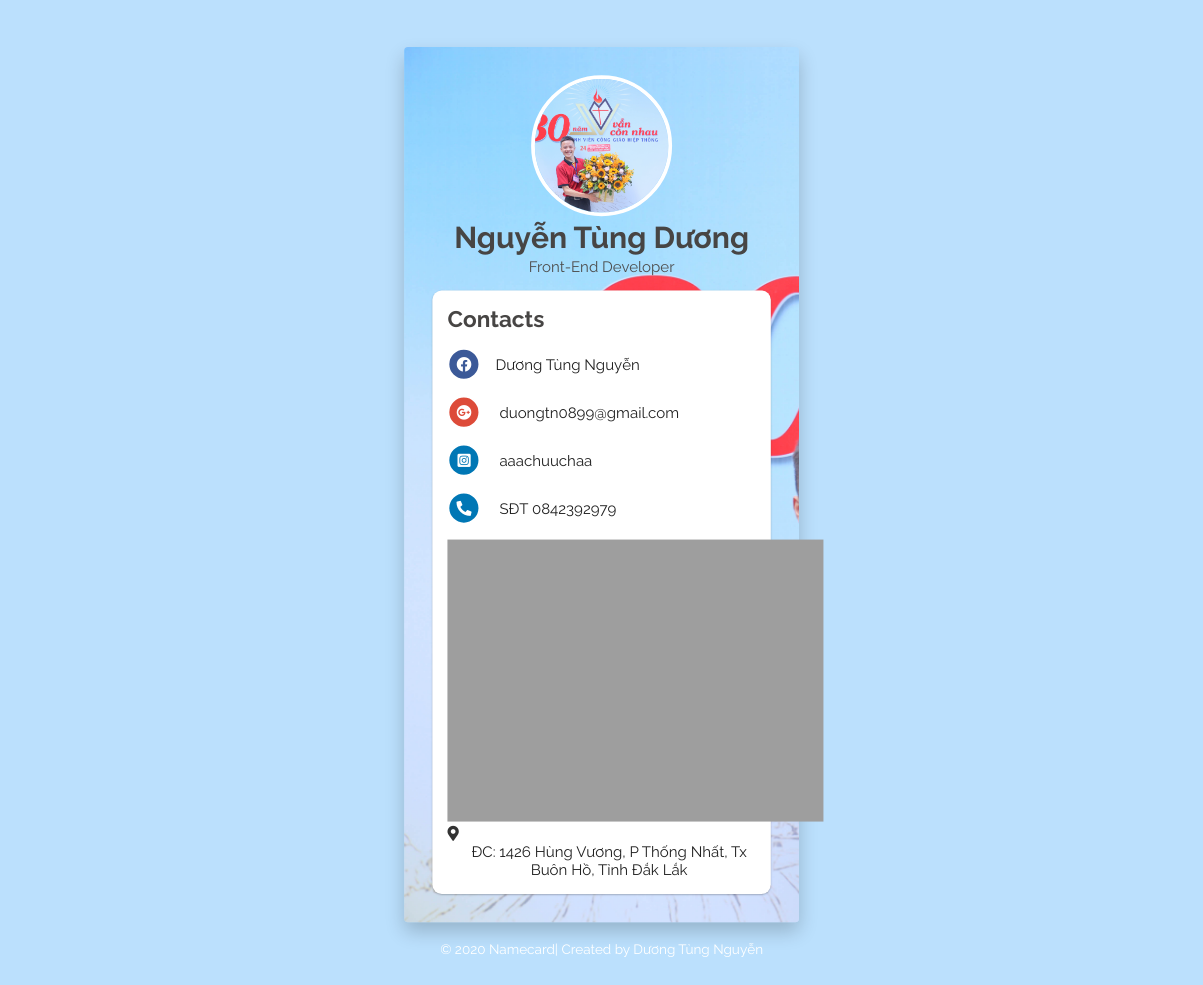
Repository: DuongTungNguyen0899/Card_Duong.github.io
Page: index.html
An editor plug-in stored every save of this project. The page is shown before and after the next save, followed by the edit.
The browser window is 1280 px wide. The pictures show the whole page, at 94% of full size.
Pictures or frames that could not be fetched are drawn as grey boxes.

Above is the page before, as saved 2021-06-27 18:59:21.

### index.html
<!DOCTYPE HTML>
<html>
<head>
<title>Shaded Profile Widget Flat Responsive Widget Template :: w3layouts</title>
<!-- Custom Theme files -->
<link href="css/style.css" rel="stylesheet" type="text/css" media="all"/>
<!-- for-mobile-apps -->
<meta http-equiv="Content-Type" content="text/html; charset=utf-8" />
<meta name="viewport" content="width=device-width, initial-scale=1, maximum-scale=1">
<meta http-equiv="Content-Type" content="text/html; charset=utf-8" />
<!-- //for-mobile-apps -->
<!-- font-awesome icons -->
<link href="css/fontawesome-free-5.15.3-web/css/fontawesome.css" rel="stylesheet">
<link rel="stylesheet" href="css/fontawesome-free-5.15.3-web/css/all.min.css">
<!-- //font-awesome icons -->
<!--Google Fonts-->
<link href="https://fonts.googleapis.com/css2?family=Raleway:wght@400;500;600;700&display=swap" rel="stylesheet">
</head>
<body>
<!--profile start here-->

<div class="profile">
	<div class="wrap">
		<div class="profile-main">
			<div class="profile-pic wthree">
				<img src="img/IMG_7157.JPG" alt="">
				<h2>Nguyễn Tùng Dương</h2>
				<p>Front-End Developer</p>
			</div>
			<!-- <div class="w3-message">
				<h5>About Me</h5>
				<p>Chào bạn ! Chúng mình là ADC Studio.Liên hệ cho chúng mình nhé ^_^</p>
			</div> -->
			<div class="w3ls-touch">
				<h5>Contacts</h5>
				<div class="social">
					<ul>
						<li><a href="https://www.facebook.com/DuongTung.td/"> <i class="fab fa-facebook" aria-hidden="true"></i><p>Dương Tùng Nguyễn</p></a></li>
						<!-- <li><a href="#"><i class="fa fa-twitter" aria-hidden="true"></i> <p>Connected To Twitter</p></a></li> -->
						<!-- <li><a href="#"><i class="fa fa-linkedin" aria-hidden="true"></i> <p>Connected To Linkedin</p></a></li> -->
                        <li><a href="duongtn0899@gmail.com"><i class="fab fa-google-plus" aria-hidden="true"></i> <p>duongtn0899@gmail.com</p></a></li>
                        <!-- <li><a href="#"> <img src="/img/iconfinder_7044033_zalo_icon_512px.png" class="fab fa-zalo" alt=""> <p>Connected To Zalo</p></a></li> -->
						<li><a href="https://www.instagram.com/aaachuuchaa/"><i class="fab fa-instagram-square"></i> <p>aaachuuchaa</p></a></li>
						<li><a href="tel: 0842392979"><i class="fas fa-phone-alt "></i> <p>SĐT 0842392979</p></a></li>
						<li><a href="" ><iframe src="https://www.google.com/maps/embed?pb=!1m18!1m12!1m3!1d3889.9181489788043!2d108.25119941445594!3d12.84856302104343!2m3!1f0!2f0!3f0!3m2!1i1024!2i768!4f13.1!3m3!1m2!1s0x3171e2dbb98475fb%3A0x9c97d046349da663!2zMTQyNiBIw7luZyBWxrDGoW5nLCBUaOG7kW5nIE5o4bqldCwgQnXDtG4gSOG7kywgxJDhuq9rIEzhuq9rLCBWaeG7h3QgTmFt!5e0!3m2!1svi!2s!4v1624794962893!5m2!1svi!2s" width="400" height="300" style="border:0;" allowfullscreen="" loading="lazy"></iframe><i class="fas fa-map-marker-alt "></i> <p>ĐC: 1426 Hùng Vương, P Thống Nhất, Tx Buôn Hồ, Tỉnh Đắk Lắk</p></a></li>
					</ul>
				</div>
			</div>
		</div>
		<div class="wthree_footer_copy">
			<p>© 2020 Namecard| Created by <a href="#">Dương Tùng Nguyễn</a></p>
		</div>
	</div>
</div>
<!--profile end here-->

</body>
</html>

### css/style.css
*,
*::before,
*::after {
	margin: 0;
	padding: 0;
	box-sizing: border-box;
}

html {

}


ul{list-style:none;}
a {text-decoration: none;}
img {
	width:150px;
	height:150px;
}
/*end reset*/
body{
	padding: 30px;
    background: #bbe0fd;
    background-size: cover;
   font-family: 'Raleway', sans-serif;
}
.wrap {
    width: 80%;
    margin: 0 auto;
}
/*--profile start here--*/
.heading-1 {
	font-size: 35px;
	font-weight: 400;
	letter-spacing: 1.2;
}
h1 {
    font-size: 3em;
    color: #fff;
    text-align: center;
}
.profile-main {
    background: url(./img/IMG_7157.JPG) no-repeat 0px 0px;
	background-size:cover;
    width: 45%;
    margin: 20px auto;
    padding: 30px;
    border-radius: 4px;
    box-shadow: 0 10px 20px rgba(0,0,0,.2);
}
.profile-pic {
    margin: 0 0 1em 0;
    text-align: center;
}
.profile-pic img {
    border:4px solid #fff;
	border-radius: 82px;
	object-fit: cover;
	    transition: 0.5s all;
    -webkit-transition: 0.5s all;
    -moz-transition: 0.5s all;
    -o-transition: 0.5s all;
}
.profile-pic h2 {
    font-size: 2em;
    color: #474544;
    margin-bottom: 0.1em;
}
.profile-pic p {
    font-size: 1em;
    color:#4E4E4E;
}
.wthree_tab_grid_sub {
    margin: 1em 0 0 0;
}
.wthree_tab_grid_sub_left {
	float: left;
    width: 26.2%;
    padding: .5em;
    text-align: center;
    background: #d3aefe;
}
.wthree_tab_grid_sub_left h5 {
    font-size: 1.5em !important;
    color: #fff !important;
    font-weight: 700;
}
.wthree_tab_grid_sub_left p {
	color: #fff !important;
    font-size: .9em !important;
    margin: 0 !important;
}
.wthree_tab_grid_sub_left:nth-child(2) {
    margin: 0 1em;
}
.w3-message,.w3ls-touch{
    padding: 1em;
    box-shadow: 0 0px 1px rgba(197, 197, 197, 0.19),0 1px 2px rgba(0, 0, 0, 0.24);
    background: #fff;
}
.w3-message h5,.w3ls-touch h5{
	color:#474544;
	font-size:1.5em;
	margin:0;
}
.w3-message p{
	color:#c5b7b7;
	font-size:16px;
	margin:1em 0 0 0;
	line-height:1.8em;
}
.w3ls-touch{
	margin:1em 0 0 0;
	border-radius: 10px;
}
.social {
	margin: 1em 0 0 0;
}
.social ul{
	padding:0;
	margin:0;
}
.social ul li{
    display: block;
	margin:1em 0 0 0;
}
.social ul li:nth-child(1){
	margin:0;
}
.social ul li a {
	color: #333;
    text-align: center;
}
.social ul li a i.fab.fa-facebook,.social ul li a img.fab.fa-zalo,.social ul li a i.fab.fa-instagram-square,.social ul li a i.fab.fa-google-plus,.social ul li a i.fas.fa-phone-alt{
    height: 35px;
    width: 35px;
    background: none;
    line-height: 32px;
    border: solid 2px #FFF;
    color: #FFF;
    border-radius: 50%;
    -webkit-border-radius: 50%;
    -moz-border-radius: 50%;
    -o-border-radius: 50%;
    -ms-border-radius: 50%;
    transition: 0.5s all;
    -webkit-transition: 0.5s all;
    -moz-transition: 0.5s all;
    -o-transition: 0.5s all;
    -ms-transition: 0.5s all;
}
.social ul li a i.fab.fa-facebook {
	background: #3b5998;
}
.social ul li a img.fab.fa-zalo{
	background: #1da1f2;
}
.social ul li a img.fas.fa-map-marker-alt{
	background: #e03b2f;
}
.social ul li a i.fab.fa-instagram-square{
	background: #0077b5;
}
.social ul li a i.fas.fa-phone-alt{
	background: #0077b5;
}
.social ul li a i.fab.fa-google-plus{
	background: #dd4b39;
}
.social ul li a i.fab.fa-facebook:hover {
	border: solid 2px #3b5998;
    color: #3b5998;
	background:none;
}
.social ul li a i.fas.fa-map-marker-alt:hover {
	border: solid 2px #e03b2f;
    color: #e03b2f;
	background:none;
}
.social ul li a i.fas.fa-phone-alt:hover {
	border: solid 2px #3b5998;
    color: #3b5998;
	background:none;
}
.social ul li a img.fab.fa-zalo:hover{
	border: solid 2px #1da1f2;
    color: #1da1f2;
	background:none;
}
.social ul li a i.fab.fa-instagram-square:hover{
	border: solid 2px #0077b5;
    color: #0077b5;
	background:none;
}
.social ul li a i.fab.fa-google-plus:hover{
	border: solid 2px #dd4b39;
    color: #dd4b39;
	background:none;
}
.social ul li a p{
    color: #212121;
    font-size: 16px;
    margin: 0 0 0 1em;
    font-weight: 400;
    display: inline-block;
}
.wthree_footer_copy{
	text-align:center;
}
.wthree_footer_copy p{
	color:#FFFFFF;
	font-size:.9em;
	margin:0;
}
.wthree_footer_copy p a{
	color:#FFFFFF;
	text-decoration:none;
}
.wthree_footer_copy p a:hover{
	color:#212121;
}
/*-- responsive --*/
@media(max-width:1440px){
	.wthree_tab_grid_sub_left {
		width: 25.2%;
	}
}
@media(max-width:1280px){
	.profile-main {
		width: 43%;
	}
}
@media(max-width:1080px){
	body {
		padding: 10px;
	}
	.wrap {
		width: 100%;
	}
	.profile-main {
		width: 100%;
	}
}

@media(max-width:600px){
	.profile-main {
		background: url(./img/IMG_7157.JPG) no-repeat -100px 0px;
		background-size: cover;
	}
	.social ul li a p {
		font-size: 13px;
	}
}


@media(max-width:320px){
	h1 {
		font-size: 1.5em;
	}
	.wthree_tab_grid_sub_left {
		width: 21.5%;
	}
	.wthree_tab_grid_sub_left p {
		font-size: .8em !important;
	}
	.profile-main {
		background: url(./img/IMG_7157.JPG) no-repeat -173px 0px;
		background-size: cover;
	}
}
/*-- //responsive --*/

.fa-facebook:before {
    content: "\f09a";
}

Loaded but not shown: css/fontawesome-free-5.15.3-web/css/fontawesome.css (library); css/fontawesome-free-5.15.3-web/css/all.min.css (library)

After the next save:
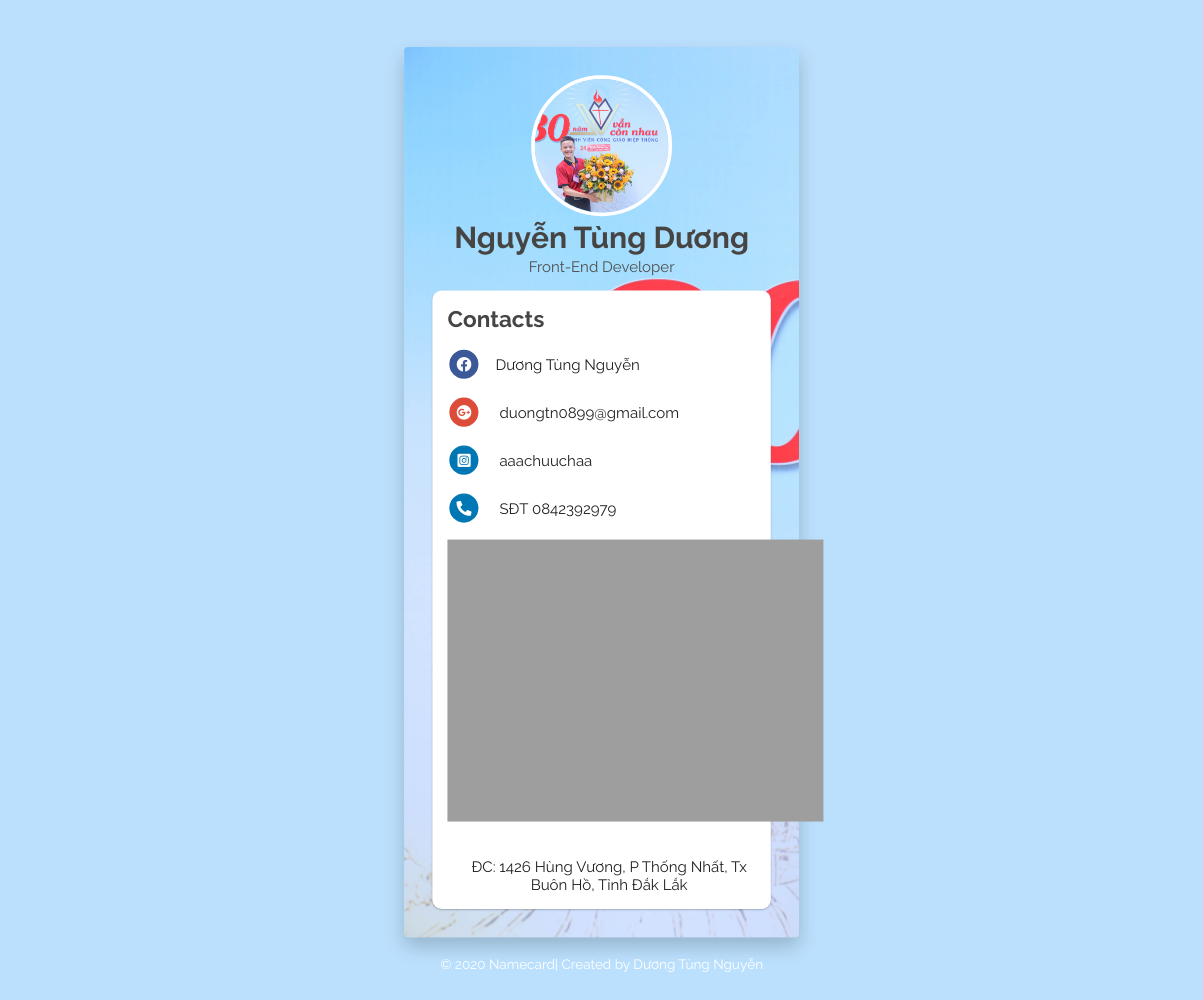
Saved 32 s later.
--- a/css/style.css
+++ b/css/style.css
@@ -131,7 +131,7 @@ h1 {
 	color: #333;
     text-align: center;
 }
-.social ul li a i.fab.fa-facebook,.social ul li a img.fab.fa-zalo,.social ul li a i.fab.fa-instagram-square,.social ul li a i.fab.fa-google-plus,.social ul li a i.fas.fa-phone-alt{
+.social ul li a i.fab.fa-facebook,.social ul li a img.fab.fa-zalo,.social ul li a i.fab.fa-instagram-square,.social ul li a i.fab.fa-google-plus,.social ul li a i.fas.fa-phone-alt,.social ul li a i.fas.fa-map-marker-alt{
     height: 35px;
     width: 35px;
     background: none;
